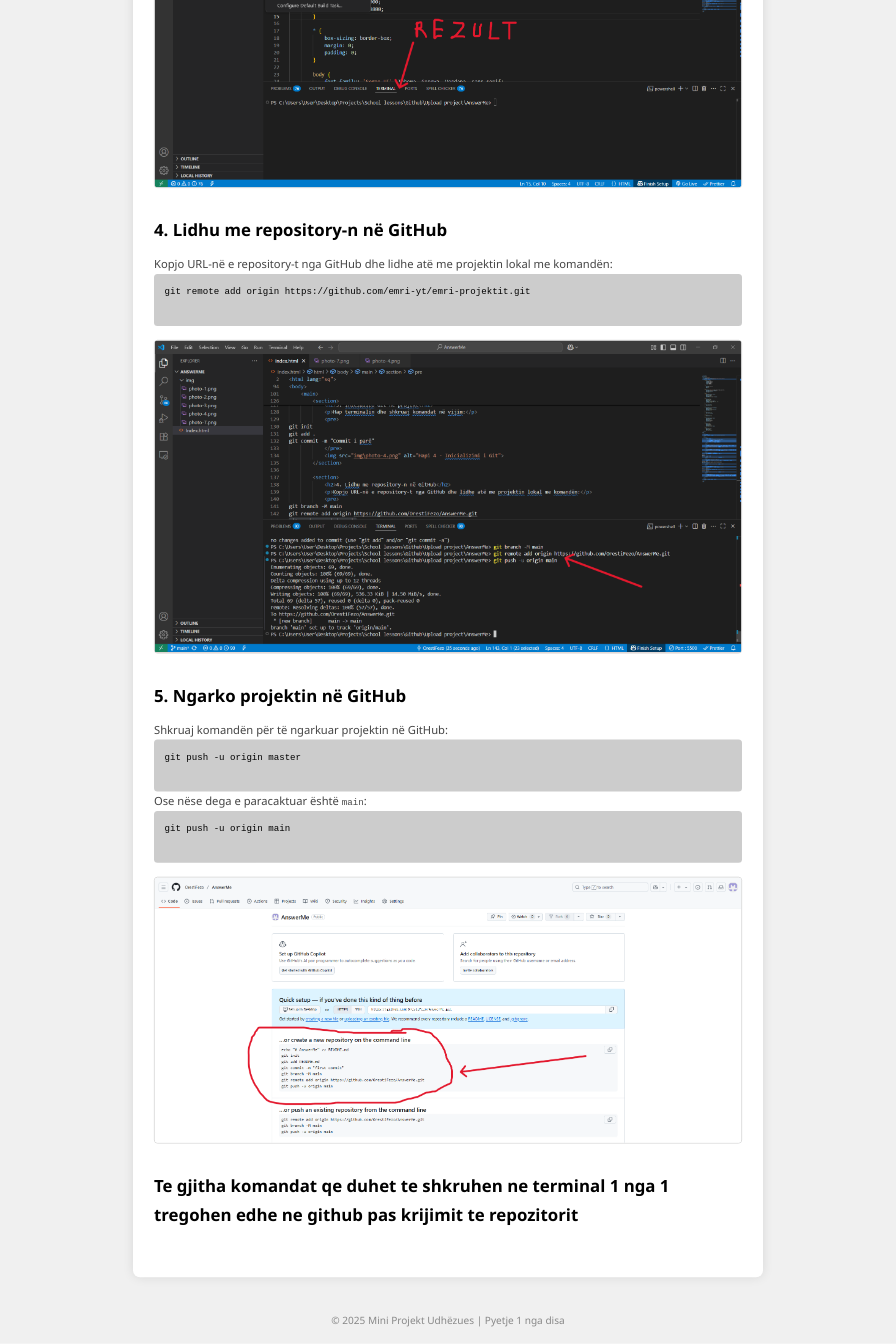
Repository: OrestiFezo/AnswerMe
Page: Index.html
The author's editor kept a copy of each file at every save. The page is drawn from the files as they stood at one save, then again after a run of saves.
The browser window is 1280 px wide. The pictures show the part of the page from y = 2961 to 4881 px (the page is 4881 px tall before and 4854 px after), at 70% of full size.

Above is the page before, as saved 2025-07-13 19:55:02.

After the next 5 saves:
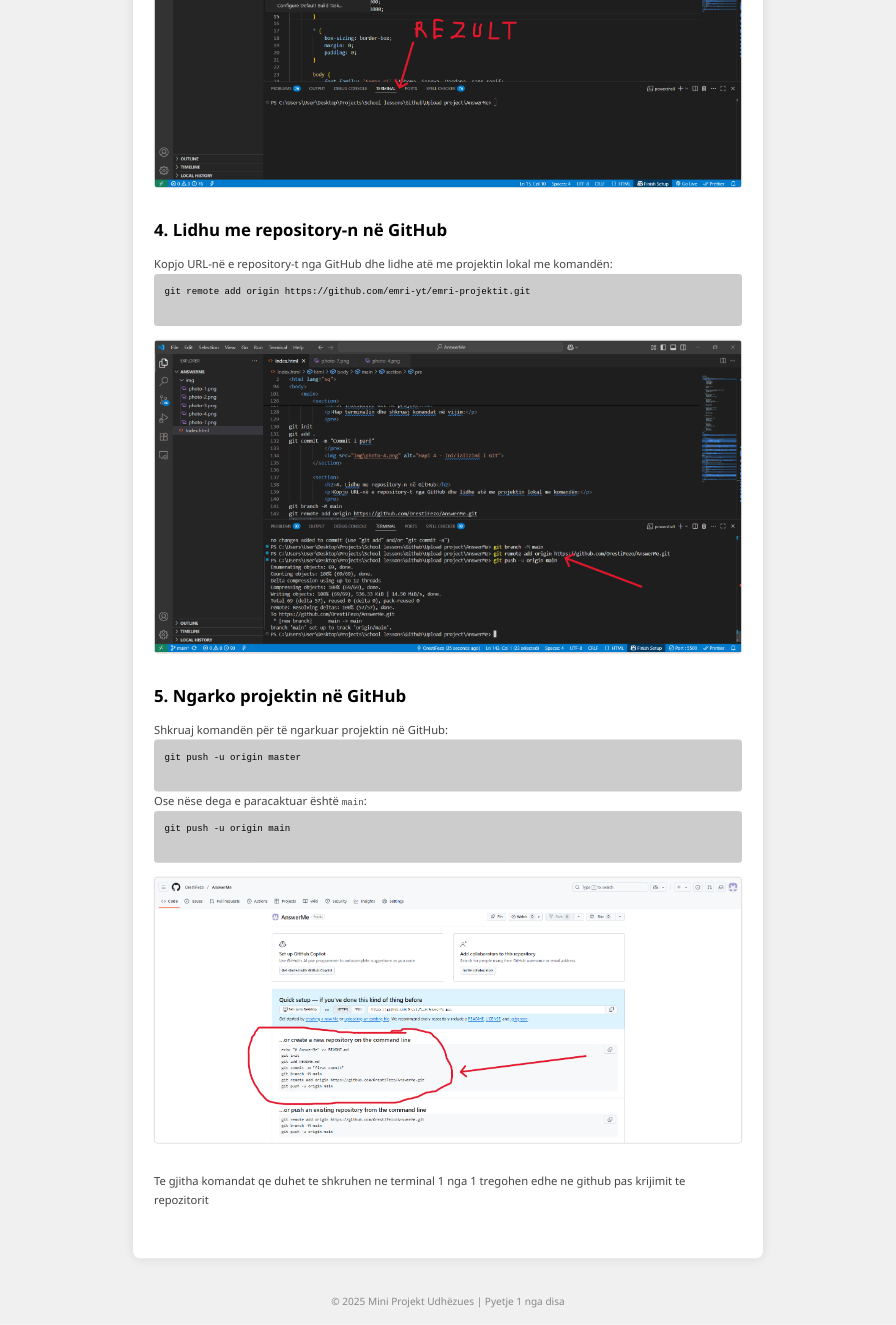
The 5 saves are shown as one change because they came seconds apart.
The last was saved 24 s later.
--- a/Index.html
+++ b/Index.html
@@ -157,7 +157,8 @@
         </section>
 
         <section>
-            <h2>Te gjitha komandat qe duhet te shkruhen ne terminal 1 nga 1 tregohen edhe ne github pas krijimit te repozitorit</h2>
+            <h2></h2>
+            <p>Te gjitha komandat qe duhet te shkruhen ne terminal 1 nga 1 tregohen edhe ne github pas krijimit te repozitorit</p>
 
         </section>
     </main>
